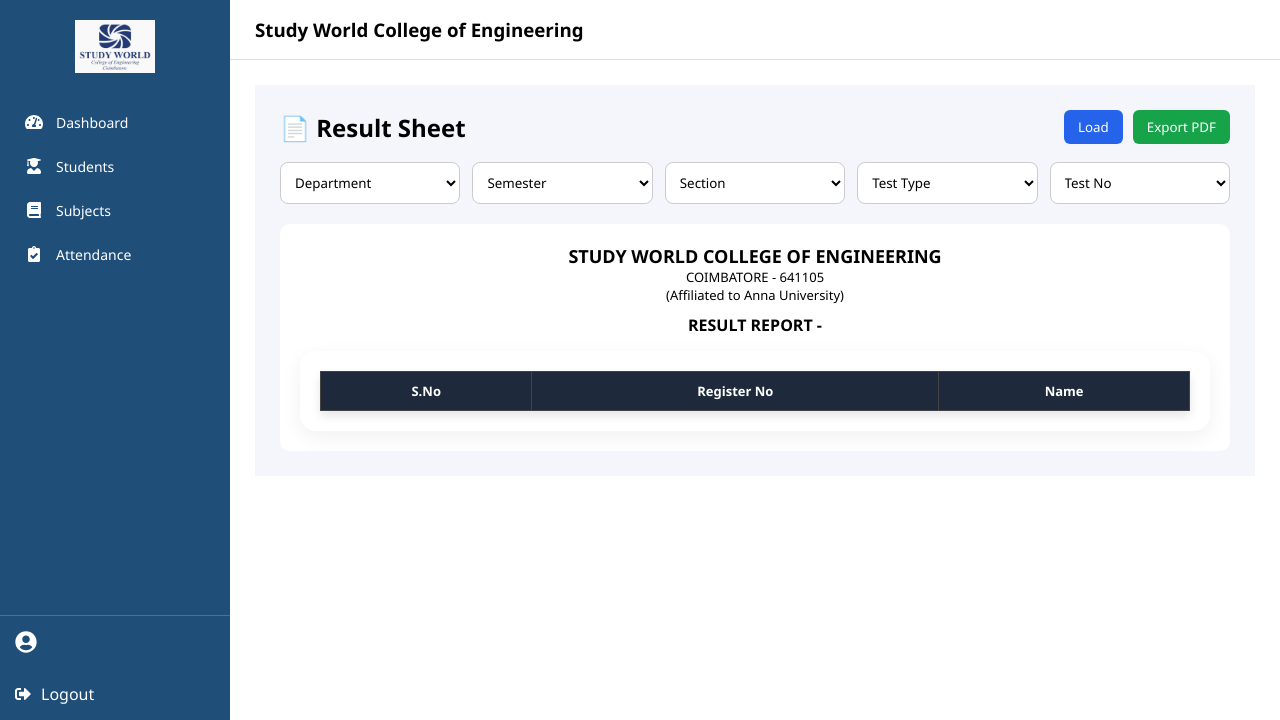
Repository: arthanarieswara/frontend
Page: /result-sheet
An editor plug-in stored every save of this project. The page is shown before and after the next save, followed by the edit.
The browser window is 1280 px wide. The pictures show the whole page.
The page's requests for data from a server got no answer. The project was rebuilt for these pictures with package versions that can differ from the ones it lists, and the page was loaded fresh each time. No one was signed in, and anything a server would have sent is missing. Also part of the build but not shown: vite.config.js, src/pages/auth/Login.jsx, src/pages/dashboard/Dashboard.css, src/pages/dashboard/Dashboard.jsx, src/pages/departments/Departments.jsx, src/pages/students/Students.css, src/pages/students/Students.jsx, src/pages/faculty/Faculty.css and 13 more.

Above is the page before, as saved 2026-04-13 15:39:39.

### index.html
<!doctype html>
<html lang="en">
  <head>
    <meta charset="UTF-8" />
    <link rel="icon" type="image/svg+xml" href="/college-logo.png" />
    <meta name="viewport" content="width=device-width, initial-scale=1.0" />
    <title>SWMS</title>
  </head>
  <body>
    <div id="root"></div>
    <script type="module" src="/src/main.jsx"></script>
  </body>
</html>

### src/App.jsx
import AppRoutes from "./routes/AppRoutes";

function App() {
  return <AppRoutes />;
}

export default App;

### src/routes/AppRoutes.jsx
import { BrowserRouter, Routes, Route } from "react-router-dom";

import Login from "../pages/auth/Login";
import Dashboard from "../pages/dashboard/Dashboard";
import Departments from "../pages/departments/Departments";
import Students from "../pages/students/Students";
import Faculty from "../pages/faculty/Faculty";
import Subjects from "../pages/Subjects/Subjects";
import Attendance from "../pages/Attendance/Attendance";
import Users from "../pages/users/Users";
import UserMapping from "../pages/UserMapping/UserMapping"; // ✅ NEW
import FacultyAttendance from "../pages/faculty/FacultyAttendance";
import Marks from "../pages/marks/Marks";
import ResultSheet from "../pages/marks/ResultSheet";
import SubjectMarks from "../pages/marks/SubjectMarks";
function AppRoutes() {
  return (
    <BrowserRouter>
      <Routes>
        <Route path="/" element={<Login />} />
        <Route path="/dashboard" element={<Dashboard />} />
        <Route path="/departments" element={<Departments />} />
        <Route path="/students" element={<Students />} />
        <Route path="/faculty" element={<Faculty />} />
        <Route path="/subjects" element={<Subjects />} />
        <Route path="/attendance" element={<Attendance />} />
        <Route path="/users" element={<Users />} />
        <Route path="/faculty-attendance" element={<FacultyAttendance />} />

        {/* ✅ NEW ROUTE */}
        <Route path="/mapping" element={<UserMapping />} />
        <Route path="/marks" element={<Marks />} />
        <Route path="/result-sheet" element={<ResultSheet />} />
        <Route path="/subject-marks" element={<SubjectMarks />} />
      </Routes>
    </BrowserRouter>
  );
}

export default AppRoutes;

### src/pages/auth/Login.css
*{
  margin:0;
  padding:0;
  box-sizing:border-box;
  font-family:"Segoe UI",sans-serif;
}

/* ANIMATED BACKGROUND */

.login-wrapper{
  height:100vh;
  display:flex;
  justify-content:center;
  align-items:center;
  background:linear-gradient(270deg,#0f4c81,#3a8bfd,#1a6ed8);
  background-size:600% 600%;
  animation:gradientBG 10s ease infinite;
}

@keyframes gradientBG{
  0%{background-position:0% 50%}
  50%{background-position:100% 50%}
  100%{background-position:0% 50%}
}

/* LOGIN CARD */

.login-card{
  width:420px;
  padding:40px;
  border-radius:12px;
  background:rgba(255,255,255,0.15);
  backdrop-filter:blur(15px);
  box-shadow:0 15px 40px rgba(0,0,0,0.3);
  text-align:center;
  color:white;
}

/* COLLEGE HEADER */

.college-logo{
  width:70px;
  margin-bottom:10px;
}

.college-header h1{
  font-size:20px;
  margin-bottom:5px;
}

.college-header p{
 font-size:13px;
  opacity:0.9;
}

.college-header span{
  font-size:12px;
  opacity:0.8;
}

.college-header{
  margin-bottom:30px;
}

/* INPUT GROUP */

.input-group{

  position:relative;
  margin-bottom:20px;
}

.input-group input{
  width:100%;
  padding:12px;
  border:none;
  border-radius:6px;
  outline:none;
  font-size:14px;
}

/* FLOATING LABEL */

.input-group label{
  position:absolute;
  left:12px;
  top:50%;
  transform:translateY(-50%);
  color:#000000;
  font-size:14px;
  pointer-events:none;
  transition:0.3s;
}

.input-group input:focus + label,
.input-group input:not(:placeholder-shown) + label{
  top:-8px;
  /* background:white; */
  padding:0 5px;
  font-size:15px;
  color:white;
}

/* PASSWORD ICON */

.password-group{
 position:relative;
}

.eye-icon{
  position:absolute;
  right:10px;
  top:50%;
  transform:translateY(-50%);
  cursor:pointer;
  color:#444;
}

/* BUTTON */

.login-btn{
  width:100%;
  padding:12px;
  border:none;
  border-radius:6px;
  background:white;
  color:#0f4c81;
  font-size:16px;
  font-weight:bold;
  cursor:pointer;
  transition:all 0.3s;
}

.login-btn:hover{
  transform:translateY(-2px);
  box-shadow:0 5px 15px rgba(0,0,0,0.3);
}

### src/components/Layout.jsx
import { useState } from "react";
import Sidebar from "./Sidebar";
import Navbar from "./Navbar";

function Layout({ children }) {

  const [collapsed,setCollapsed] = useState(false);

  return (

    <div style={{display:"flex"}}>

      <Sidebar collapsed={collapsed} />

      <div style={{flex:1}}>

        <Navbar toggleSidebar={()=>setCollapsed(!collapsed)} />

        <div style={{padding:"25px"}}>
          {children}
        </div>

      </div>

    </div>

  );

}

export default Layout;

### src/pages/departments/Departments.css
.departments h2 {
    margin-bottom: 20px;
}

.add-section {
    display: flex;
    gap: 10px;
    margin-bottom: 20px;
}

.add-section input {
    padding: 10px;
    border: 1px solid #ccc;
    border-radius: 5px;
}

.add-section button {
    background: #0f4c81;
    color: white;
    border: none;
    padding: 10px 15px;
    border-radius: 5px;
    cursor: pointer;
}

table {
    width: 100%;
    border-collapse: collapse;
    background: white;
    box-shadow: 0 5px 10px rgba(0, 0, 0, 0.1);
}

th,
td {
    padding: 12px;
    border-bottom: 1px solid #ddd;
    text-align: left;
}

.delete-btn {
    background: red;
    color: white;
    border: none;
    padding: 6px 10px;
    border-radius: 4px;
    cursor: pointer;
}

.edit-btn {
    background: #0f4c81;
    color: white;
    border: none;
    padding: 6px 10px;
    border-radius: 4px;
    cursor: pointer;
    margin: 10px;
}

### src/pages/faculty/FacultyAttendance.css
.faculty-attendance {
  padding: 25px;
}

/* HEADER */
.header {
  display: flex;
  justify-content: space-between;
  align-items: center;
  margin-bottom: 20px;
}

.actions {
  display: flex;
  gap: 10px;
}

.actions input {
  padding: 8px;
  border-radius: 6px;
  border: 1px solid #ccc;
}

.actions button {
  background: #1e5eff;
  color: white;
  border: none;
  padding: 8px 14px;
  border-radius: 6px;
  cursor: pointer;
}

.actions button:hover {
  background: #1748c7;
}

.secondary-btn {
  background: #28a745;
}

.secondary-btn:hover {
  background: #1e7e34;
}

/* TABLE */
.table-container {
  background: white;
  border-radius: 10px;
  box-shadow: 0 2px 10px rgba(0,0,0,0.08);
  overflow: hidden;
}

table {
  width: 100%;
  border-collapse: collapse;
}

thead {
  background: #1e5eff;
  color: white;
}

th, td {
  padding: 12px;
}

tbody tr:nth-child(even) {
  background: #f5f7fb;
}

tbody tr:hover {
  background: #eef2ff;
}

/* STATUS COLORS */
.status-dropdown.Present {
  background: #d4edda;
}

.status-dropdown.Absent {
  background: #f8d7da;
}

/* TIME INPUTS */
.time-inputs {
  display: flex;
  gap: 10px;
}

/* REPORT */
.report-section {
  margin-top: 30px;
}

.cards {
  display: flex;
  gap: 15px;
  flex-wrap: wrap;
}

.card {
  background: white;
  padding: 15px;
  border-radius: 8px;
  box-shadow: 0 2px 8px rgba(0,0,0,0.1);
  min-width: 120px;
  text-align: center;
}

.card.total {
  background: #1e5eff;
  color: white;
}

### src/pages/marks/ResultSheet.css
/* ================= PAGE ================= */
.result-page {
  padding: 25px;
  background: #f4f6fb;
  font-family: "Inter", sans-serif;
}

/* ================= HEADER ================= */
.result-header {
  display: flex;
  justify-content: space-between;
  align-items: center;
  margin-bottom: 18px;
}

.result-header h2 {
  font-weight: 600;
}

/* ================= BUTTONS ================= */
.actions {
  display: flex;
  gap: 10px;
}

.btn {
  padding: 10px 16px;
  border-radius: 8px;
  border: none;
  cursor: pointer;
  font-weight: 500;
  transition: 0.3s;
}

.btn.primary {
  background: #2563eb;
  color: white;
}

.btn.success {
  background: #16a34a;
  color: white;
}

.btn:hover {
  transform: scale(1.05);
}

/* ================= FILTER ================= */
.filter-bar {
  display: grid;
  grid-template-columns: repeat(auto-fit, minmax(150px, 1fr));
  gap: 12px;
  margin-bottom: 20px;
}

.filter-bar select {
  padding: 10px;
  border-radius: 8px;
  border: 1px solid #ccc;
  background: white;
}

/* ================= PDF CONTAINER ================= */
.pdf-container {
  background: white;
  padding: 20px;
  border-radius: 10px;
}

/* ================= COLLEGE HEADER ================= */
.college-block {
  text-align: center;
  margin-bottom: 15px;
}

.college-block h3 {
  font-size: 18px;
  font-weight: bold;
}

.college-block p {
  font-size: 13px;
}

.college-block h4 {
  margin-top: 10px;
}

/* ================= TABLE ================= */
.table-wrapper {
  overflow-x: auto;
}

/* 🔥 FULL GRID TABLE */
.result-table {
  width: 100%;
  border-collapse: collapse;
}

/* HEADER */
.result-table th {
  border: 1px solid #444;
  background: #1e293b;
  color: white;
  padding: 10px;
  font-size: 13px;
  text-align: center;
}

/* CELLS */
.result-table td {
  border: 1px solid #444;  /* 🔥 FULL GRID */
  padding: 8px;
  font-size: 13px;
  text-align: center;
  background: white;
}

/* NAME ALIGN */
.result-table .name {
  text-align: left;
  font-weight: 500;
}

/* ROW HOVER */
.result-table tr:hover td {
  background: #f1f5f9;
}

/* ================= MARK COLORS ================= */

/* PASS */
.pass {
  color: #16a34a;
  font-weight: bold;
  background: #f0fdf4;
}

/* FAIL */
.fail {
  color: #dc2626;   /* 🔥 RED */
  font-weight: bold;
  background: #fef2f2;
}

/* ABSENT */
.absent {
  color: #f97316;
  font-weight: bold;
  background: #fff7ed;
}

/* ================= ANALYSIS ================= */
.analysis-section {
  margin-top: 20px;
}

.analysis-section h4 {
  margin-bottom: 8px;
}

/* ANALYSIS TABLE */
.analysis-table {
  width: 100%;
  border-collapse: collapse;
  margin-bottom: 15px;
}

.analysis-table th {
  border: 1px solid #444;
  background: #f1f5f9;
  padding: 8px;
  text-align: left;
}

.analysis-table td {
  border: 1px solid #444;
  padding: 8px;
  text-align: center;
}

/* NIL COLUMN */
.analysis-table td:last-child {
  font-weight: bold;
  color: #2563eb;
}

/* ================= PRINT / PDF ================= */
@media print {
  .result-page {
    background: white;
  }

  .filter-bar,
  .actions {
    display: none;
  }

  .pdf-container {
    box-shadow: none;
    border-radius: 0;
  }

  .result-table td,
  .result-table th {
    font-size: 11px;
    padding: 6px;
  }
}

### src/components/Navbar.jsx
import { FaBars } from "react-icons/fa";
import "./Navbar.css";

function Navbar({ toggleSidebar }) {

    return (

        <div className="navbar">

            {/* <FaBars className="toggle-btn" onClick={toggleSidebar} /> */}

            <h3>Study World College of Engineering</h3>

        </div>

    )

}

export default Navbar;

### src/components/Sidebar.css
.sidebar {
  width: 230px;
  height: 100vh;
  background: #1f4e79;
  color: white;
  display: flex;
  flex-direction: column;
  justify-content: space-between;
  position: fixed;
  left: 0;
  top: 0;
}

/* HEADER */

.sidebar-header {
  display: flex;
  justify-content: center;
  align-items: center;
  padding: 20px 10px;
}

.sidebar-logo {
  width: 80px;
  object-fit: contain;
}

/* MENU */

.menu {
  display: flex;
  flex-direction: column;
  gap: 5px;
  padding: 10px;
}

/* MENU ITEM */

.menu-item {
  display: flex;
  align-items: center;
  gap: 12px;
  padding: 10px 14px;
  color: white;
  text-decoration: none;
  border-radius: 6px;
  transition: 0.3s;
  font-size: 14px;
}

.menu-item svg {
  font-size: 16px;
  min-width: 20px;
}

.menu-item:hover {
  background: rgba(255, 255, 255, 0.15);
}

.menu-item.active {
  background: white;
  color: #1f4e79;
}

/* PUSH BOTTOM SECTION DOWN */

.bottom-section {
  margin-top: auto;
}

/* PROFILE */

.profile {
  display: flex;
  align-items: center;
  gap: 10px;
  padding: 15px;
  border-top: 1px solid rgba(255, 255, 255, 0.2);
}

.profile-icon {
  font-size: 22px;
}

/* LOGOUT */

.logout {
  display: flex;
  align-items: center;
  gap: 10px;
  padding: 15px;
  cursor: pointer;
  transition: 0.3s;
}

.logout:hover {
  background: rgba(255, 0, 0, 0.2);
}

.main-content {
  margin-left: 190px; /* SAME AS SIDEBAR WIDTH */
  padding: 20px;
}

### src/components/Navbar.css
.navbar{
  height:60px;
  background:white;
  border-bottom:1px solid #ddd;
  display:flex;
  align-items:center;
  padding:0 25px;
}

Loaded but not shown: src/main.jsx (common file); src/api/api.js (18 lines, source omitted); src/pages/marks/ResultSheet.jsx (365 lines, source omitted); src/pages/marks/SubjectMarks.css (192 lines, source omitted); src/components/Sidebar.jsx (125 lines, source omitted)

After the next save:
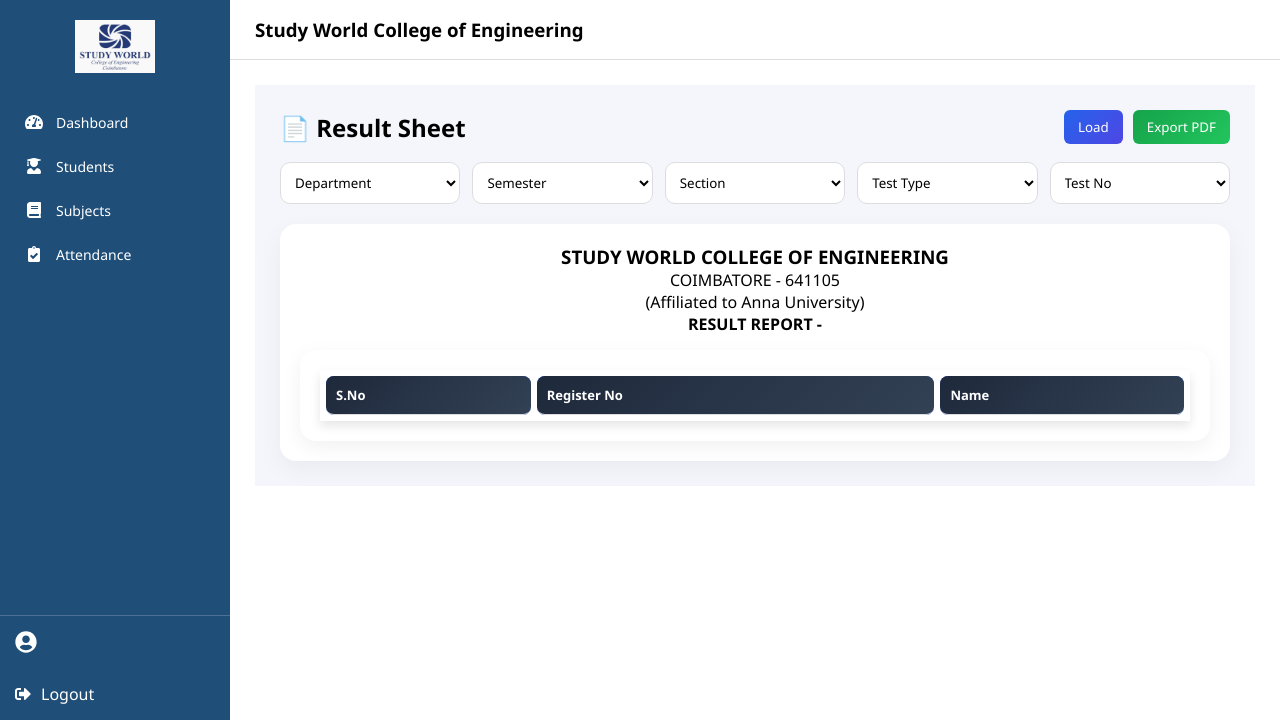
Saved 2 min 9 s later.
--- a/src/pages/marks/ResultSheet.css
+++ b/src/pages/marks/ResultSheet.css
@@ -13,10 +13,6 @@
   margin-bottom: 18px;
 }
 
-.result-header h2 {
-  font-weight: 600;
-}
-
 /* ================= BUTTONS ================= */
 .actions {
   display: flex;
@@ -25,7 +21,7 @@
 
 .btn {
   padding: 10px 16px;
-  border-radius: 8px;
+  border-radius: 10px;
   border: none;
   cursor: pointer;
   font-weight: 500;
@@ -33,12 +29,12 @@
 }
 
 .btn.primary {
-  background: #2563eb;
+  background: linear-gradient(135deg, #2563eb, #4f46e5);
   color: white;
 }
 
 .btn.success {
-  background: #16a34a;
+  background: linear-gradient(135deg, #16a34a, #22c55e);
   color: white;
 }
 
@@ -56,8 +52,8 @@
 
 .filter-bar select {
   padding: 10px;
-  border-radius: 8px;
-  border: 1px solid #ccc;
+  border-radius: 10px;
+  border: 1px solid #ddd;
   background: white;
 }
 
@@ -65,7 +61,8 @@
 .pdf-container {
   background: white;
   padding: 20px;
-  border-radius: 10px;
+  border-radius: 16px;
+  box-shadow: 0 8px 25px rgba(0, 0, 0, 0.05);
 }
 
 /* ================= COLLEGE HEADER ================= */
@@ -74,47 +71,36 @@
   margin-bottom: 15px;
 }
 
-.college-block h3 {
-  font-size: 18px;
-  font-weight: bold;
-}
-
-.college-block p {
-  font-size: 13px;
-}
-
-.college-block h4 {
-  margin-top: 10px;
-}
-
 /* ================= TABLE ================= */
 .table-wrapper {
   overflow-x: auto;
 }
 
-/* 🔥 FULL GRID TABLE */
+/* 🔥 PREMIUM TABLE */
 .result-table {
   width: 100%;
-  border-collapse: collapse;
+  border-collapse: separate;
+  border-spacing: 6px; /* spacing gives premium look */
 }
 
 /* HEADER */
 .result-table th {
-  border: 1px solid #444;
-  background: #1e293b;
+  background: linear-gradient(135deg, #1e293b, #334155);
   color: white;
   padding: 10px;
   font-size: 13px;
-  text-align: center;
+  border-radius: 8px;
 }
 
 /* CELLS */
 .result-table td {
-  border: 1px solid #444;  /* 🔥 FULL GRID */
-  padding: 8px;
+  background: #ffffff;
+  padding: 10px;
   font-size: 13px;
   text-align: center;
-  background: white;
+  border-radius: 8px;
+  border: 1px solid #e5e7eb; /* 🔥 soft border */
+  transition: 0.2s;
 }
 
 /* NAME ALIGN */
@@ -123,9 +109,14 @@
   font-weight: 500;
 }
 
-/* ROW HOVER */
+/* ROW STRIPING */
+.result-table tbody tr:nth-child(even) td {
+  background: #f8fafc;
+}
+
+/* HOVER */
 .result-table tr:hover td {
-  background: #f1f5f9;
+  background: #e0f2fe;
 }
 
 /* ================= MARK COLORS ================= */
@@ -134,21 +125,24 @@
 .pass {
   color: #16a34a;
   font-weight: bold;
-  background: #f0fdf4;
+  background: #ecfdf5 !important;
+  border: 1px solid #22c55e;
 }
 
 /* FAIL */
 .fail {
-  color: #dc2626;   /* 🔥 RED */
+  color: #dc2626;
   font-weight: bold;
-  background: #fef2f2;
+  background: #fef2f2 !important;
+  border: 1px solid #ef4444;
 }
 
 /* ABSENT */
 .absent {
   color: #f97316;
   font-weight: bold;
-  background: #fff7ed;
+  background: #fff7ed !important;
+  border: 1px solid #fb923c;
 }
 
 /* ================= ANALYSIS ================= */
@@ -156,11 +150,6 @@
   margin-top: 20px;
 }
 
-.analysis-section h4 {
-  margin-bottom: 8px;
-}
-
-/* ANALYSIS TABLE */
 .analysis-table {
   width: 100%;
   border-collapse: collapse;
@@ -168,30 +157,19 @@
 }
 
 .analysis-table th {
-  border: 1px solid #444;
+  border: 1px solid #ddd;
   background: #f1f5f9;
   padding: 8px;
-  text-align: left;
 }
 
 .analysis-table td {
-  border: 1px solid #444;
+  border: 1px solid #ddd;
   padding: 8px;
   text-align: center;
 }
 
-/* NIL COLUMN */
-.analysis-table td:last-child {
-  font-weight: bold;
-  color: #2563eb;
-}
-
-/* ================= PRINT / PDF ================= */
+/* ================= PRINT ================= */
 @media print {
-  .result-page {
-    background: white;
-  }
-
   .filter-bar,
   .actions {
     display: none;
@@ -199,12 +177,9 @@
 
   .pdf-container {
     box-shadow: none;
-    border-radius: 0;
   }
 
-  .result-table td,
-  .result-table th {
-    font-size: 11px;
-    padding: 6px;
+  .result-table {
+    border-spacing: 2px;
   }
 }

After the save that followed:
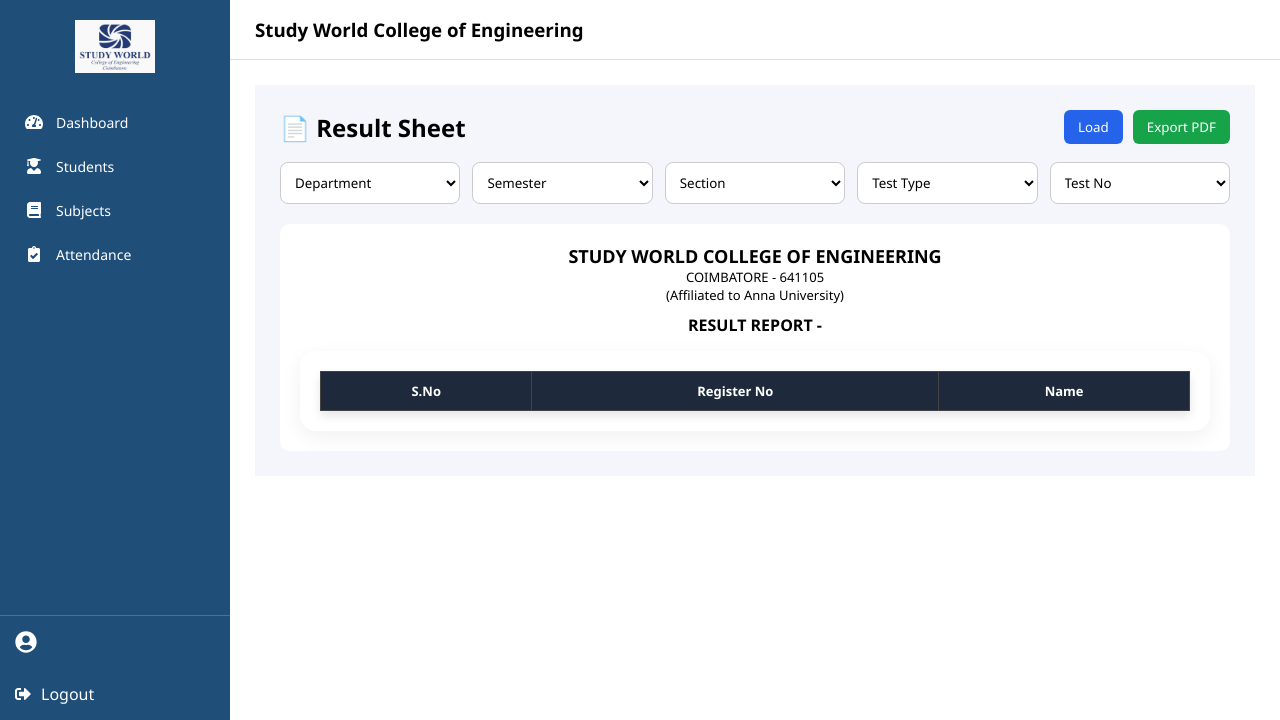
Saved 90 s later.
--- a/src/pages/marks/ResultSheet.css
+++ b/src/pages/marks/ResultSheet.css
@@ -13,6 +13,10 @@
   margin-bottom: 18px;
 }
 
+.result-header h2 {
+  font-weight: 600;
+}
+
 /* ================= BUTTONS ================= */
 .actions {
   display: flex;
@@ -21,7 +25,7 @@
 
 .btn {
   padding: 10px 16px;
-  border-radius: 10px;
+  border-radius: 8px;
   border: none;
   cursor: pointer;
   font-weight: 500;
@@ -29,12 +33,12 @@
 }
 
 .btn.primary {
-  background: linear-gradient(135deg, #2563eb, #4f46e5);
+  background: #2563eb;
   color: white;
 }
 
 .btn.success {
-  background: linear-gradient(135deg, #16a34a, #22c55e);
+  background: #16a34a;
   color: white;
 }
 
@@ -52,8 +56,8 @@
 
 .filter-bar select {
   padding: 10px;
-  border-radius: 10px;
-  border: 1px solid #ddd;
+  border-radius: 8px;
+  border: 1px solid #ccc;
   background: white;
 }
 
@@ -61,14 +65,26 @@
 .pdf-container {
   background: white;
   padding: 20px;
-  border-radius: 16px;
-  box-shadow: 0 8px 25px rgba(0, 0, 0, 0.05);
+  border-radius: 10px;
 }
 
 /* ================= COLLEGE HEADER ================= */
 .college-block {
   text-align: center;
   margin-bottom: 15px;
+}
+
+.college-block h3 {
+  font-size: 18px;
+  font-weight: bold;
+}
+
+.college-block p {
+  font-size: 13px;
+}
+
+.college-block h4 {
+  margin-top: 10px;
 }
 
 /* ================= TABLE ================= */
@@ -76,31 +92,29 @@
   overflow-x: auto;
 }
 
-/* 🔥 PREMIUM TABLE */
+/* 🔥 FULL GRID TABLE */
 .result-table {
   width: 100%;
-  border-collapse: separate;
-  border-spacing: 6px; /* spacing gives premium look */
+  border-collapse: collapse;
 }
 
 /* HEADER */
 .result-table th {
-  background: linear-gradient(135deg, #1e293b, #334155);
+  border: 1px solid #444;
+  background: #1e293b;
   color: white;
   padding: 10px;
   font-size: 13px;
-  border-radius: 8px;
+  text-align: center;
 }
 
 /* CELLS */
 .result-table td {
-  background: #ffffff;
-  padding: 10px;
+  border: 1px solid #444;  /* 🔥 FULL GRID */
+  padding: 8px;
   font-size: 13px;
   text-align: center;
-  border-radius: 8px;
-  border: 1px solid #e5e7eb; /* 🔥 soft border */
-  transition: 0.2s;
+  background: white;
 }
 
 /* NAME ALIGN */
@@ -109,14 +123,9 @@
   font-weight: 500;
 }
 
-/* ROW STRIPING */
-.result-table tbody tr:nth-child(even) td {
-  background: #f8fafc;
-}
-
-/* HOVER */
+/* ROW HOVER */
 .result-table tr:hover td {
-  background: #e0f2fe;
+  background: #f1f5f9;
 }
 
 /* ================= MARK COLORS ================= */
@@ -125,24 +134,21 @@
 .pass {
   color: #16a34a;
   font-weight: bold;
-  background: #ecfdf5 !important;
-  border: 1px solid #22c55e;
+  background: #f0fdf4;
 }
 
 /* FAIL */
 .fail {
-  color: #dc2626;
-  font-weight: bold;
-  background: #fef2f2 !important;
-  border: 1px solid #ef4444;
+  color: #dc2626;   /* 🔥 RED */
+  font-weight: bold;
+  background: #fef2f2;
 }
 
 /* ABSENT */
 .absent {
   color: #f97316;
   font-weight: bold;
-  background: #fff7ed !important;
-  border: 1px solid #fb923c;
+  background: #fff7ed;
 }
 
 /* ================= ANALYSIS ================= */
@@ -150,6 +156,11 @@
   margin-top: 20px;
 }
 
+.analysis-section h4 {
+  margin-bottom: 8px;
+}
+
+/* ANALYSIS TABLE */
 .analysis-table {
   width: 100%;
   border-collapse: collapse;
@@ -157,19 +168,30 @@
 }
 
 .analysis-table th {
-  border: 1px solid #ddd;
+  border: 1px solid #444;
   background: #f1f5f9;
   padding: 8px;
+  text-align: left;
 }
 
 .analysis-table td {
-  border: 1px solid #ddd;
+  border: 1px solid #444;
   padding: 8px;
   text-align: center;
 }
 
-/* ================= PRINT ================= */
+/* NIL COLUMN */
+.analysis-table td:last-child {
+  font-weight: bold;
+  color: #2563eb;
+}
+
+/* ================= PRINT / PDF ================= */
 @media print {
+  .result-page {
+    background: white;
+  }
+
   .filter-bar,
   .actions {
     display: none;
@@ -177,9 +199,12 @@
 
   .pdf-container {
     box-shadow: none;
-  }
-
-  .result-table {
-    border-spacing: 2px;
-  }
-}
+    border-radius: 0;
+  }
+
+  .result-table td,
+  .result-table th {
+    font-size: 11px;
+    padding: 6px;
+  }
+}
